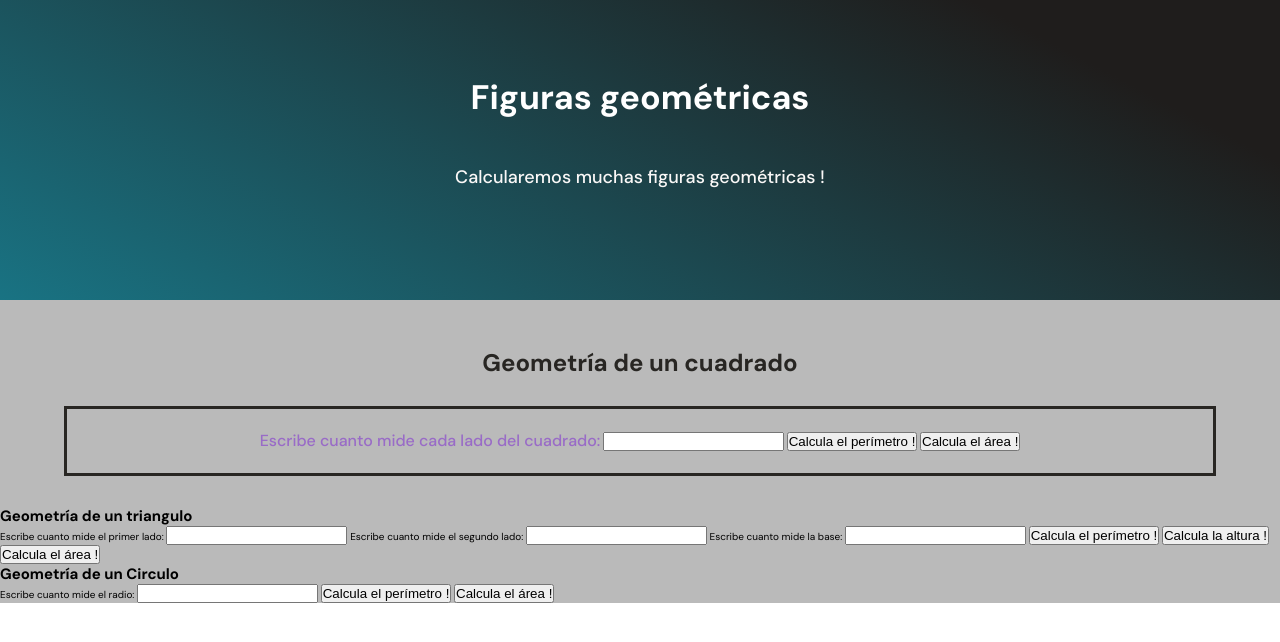
Repository: ChristianGecchelin/javascript-project
Page: javascript-project/figuras-geometricas/figuras.html
These files come from the project's save history. The page is drawn as it stood at one moment and after the next save; the edit follows.
The browser window is 1280 px wide. The pictures show the whole page.

Above is the page before, as saved 2021-12-01 23:10:15.

After the next save:
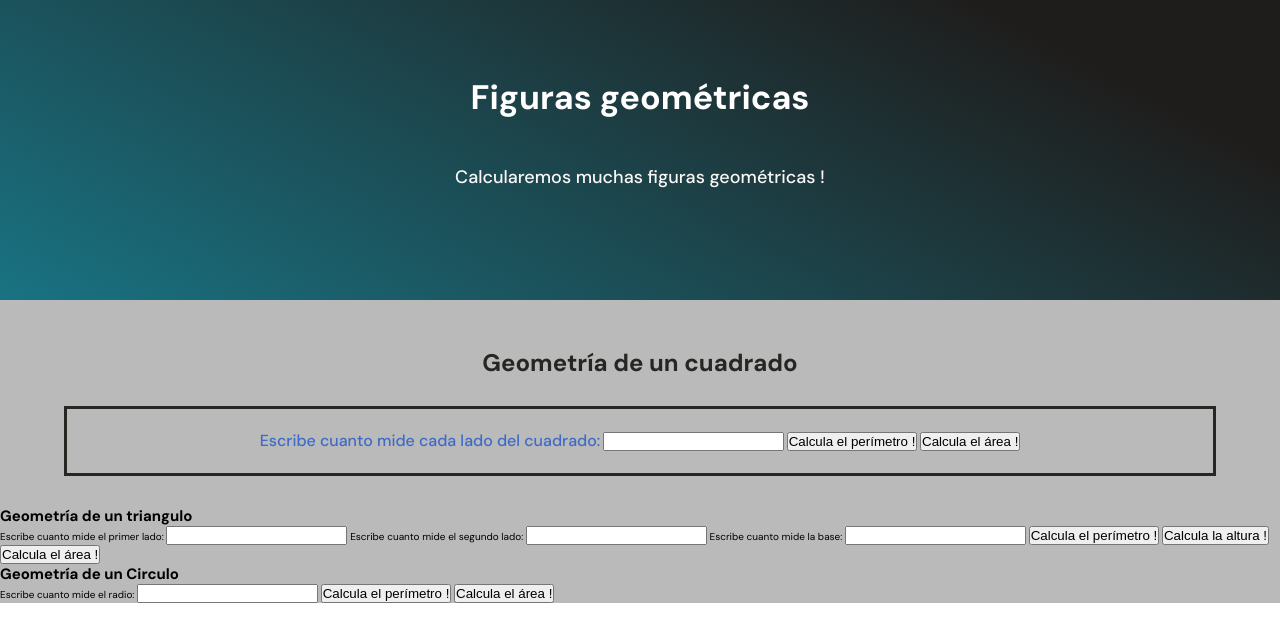
Saved 5 s later.
--- a/javascript-project/figuras-geometricas/style.css
+++ b/javascript-project/figuras-geometricas/style.css
@@ -82,5 +82,5 @@ main {
   font-size: 1.6rem;
   font-weight: 500;
   line-height: 2.4rem;
-  color: rgba(150, 100, 200, 0.92);
+  color: rgba(50, 100, 200, 0.92);
 }
